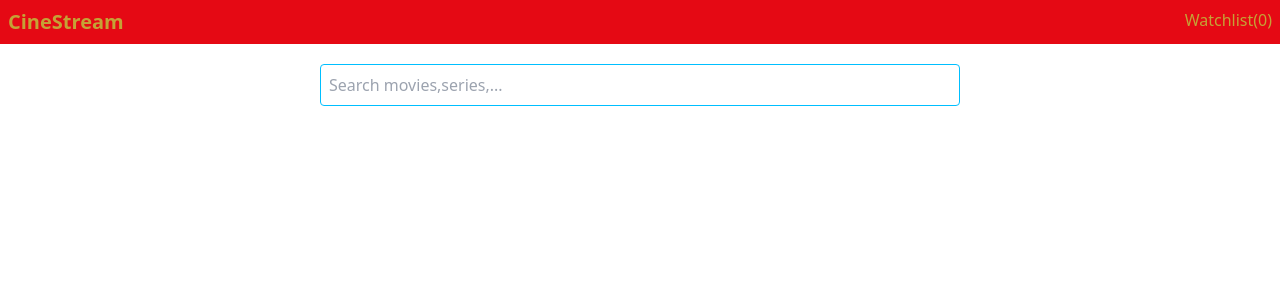
Repository: Reshmashameem31/Cine-Stream
Page: / (app in movie-project/)
These files come from the project's save history. The page is drawn as it stood at one moment and after the next save; the edit follows.
The browser window is 1280 px wide. The pictures show the whole page.
The project was rebuilt for these pictures with package versions that can differ from the ones it lists, and the page was loaded fresh each time. Also part of the build but not shown: movie-project/vite.config.js, movie-project/src/pages/WatchList.jsx.

Above is the page before, as saved 2025-08-15 17:50:06.

### movie-project/src/App.jsx
import {BrowserRouter,Routes,Route} from 'react-router-dom'

import { useState } from 'react'
import Navbar from './pages/Navbar'
import Watchlist from './pages/WatchList'
import Home from './pages/Home'
function App() {
  const [count, setCount] = useState(0)

  return (

    <BrowserRouter>

    <Navbar/>
    <Routes>
      <Route path='/' element={<Home/>}></Route>
        <Route path='/watchlist' element={<Watchlist/>}></Route>
    </Routes>
    </BrowserRouter>
  )
}

export default App

### movie-project/src/pages/Navbar.jsx
import React from 'react'
import { Link } from 'react-router-dom'

const Navbar = () => {
  return (
    <nav className='p-2 bg-[#E50914] text-[#C5A236]  flex justify-between fixed w-full top-0'>
      <Link to="/" className='font-bold text-xl hover:text-[#] '>CineStream</Link>
      <Link to="/watchlist" className='text-l hover:text-[#00E5FF]'>Watchlist(0)</Link>
    </nav>
  )
}

export default Navbar

### movie-project/src/pages/Home.jsx
import React from 'react'

const Home = () => {
  return (
    <div className='p-4 pt-16 '>
        <input type='text' placeholder='Search movies,series,...'
         className='p-2 w-3/4 md:w-1/2 border rounded border-[#00BFFF]
          bg-[#] bg-opacity-60 backdrop-blur-md text-white fixed  left-1/4  top-16' />
        <div className='movies-container'></div>
        <div className='pagination-container'></div>

    </div>
  )
}

export default Home

Loaded but not shown: movie-project/index.html (common file); movie-project/src/main.jsx (common file); movie-project/src/index.css (common file); movie-project/tailwind.config.js (common file)

After the next save:
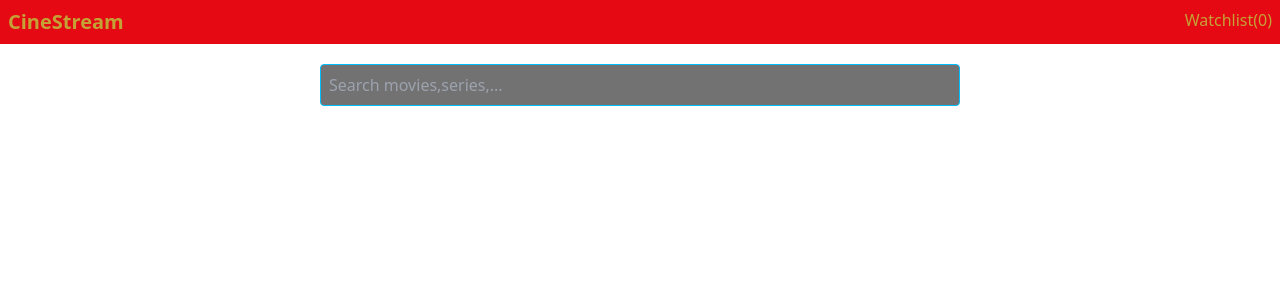
Saved 6 s later.
--- a/movie-project/src/pages/Home.jsx
+++ b/movie-project/src/pages/Home.jsx
@@ -5,7 +5,7 @@ const Home = () => {
     <div className='p-4 pt-16 '>
         <input type='text' placeholder='Search movies,series,...'
          className='p-2 w-3/4 md:w-1/2 border rounded border-[#00BFFF]
-          bg-[#] bg-opacity-60 backdrop-blur-md text-white fixed  left-1/4  top-16' />
+          bg-[#141414] bg-opacity-60 backdrop-blur-md text-white fixed  left-1/4  top-16' />
         <div className='movies-container'></div>
         <div className='pagination-container'></div>
 
